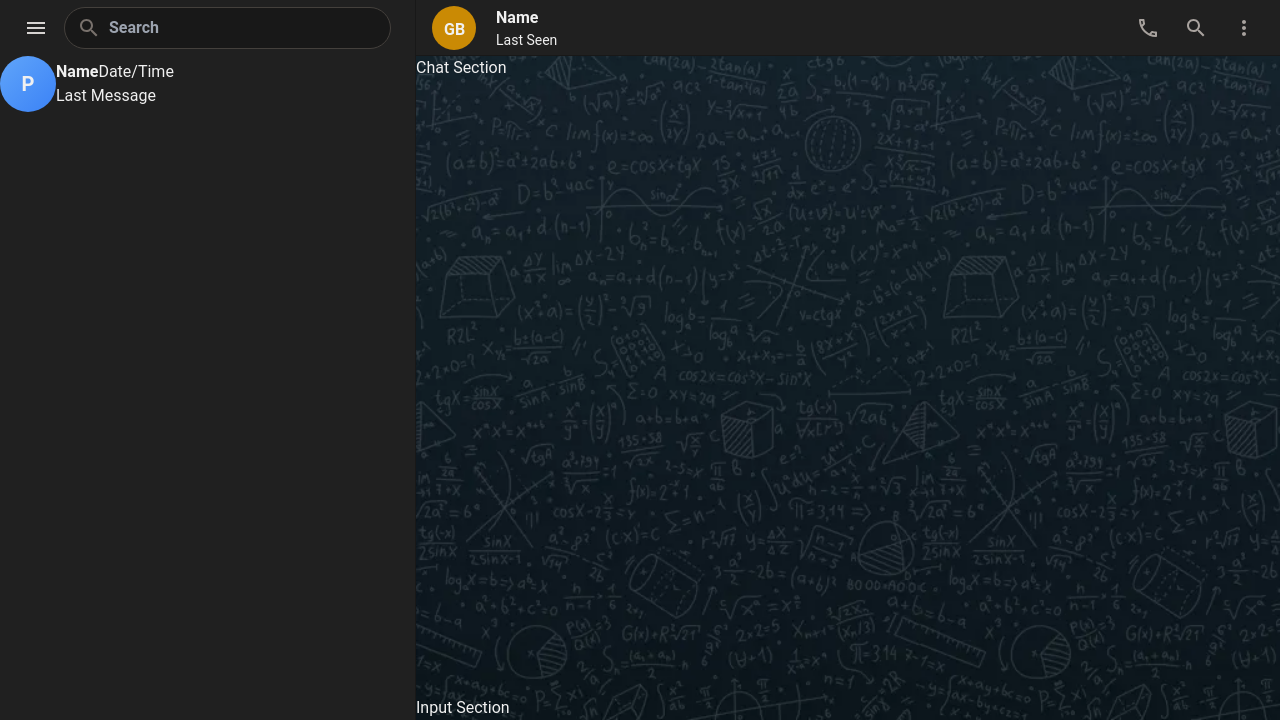
Repository: Qu4ntumGuy/telegram-clone
Page: /
These files come from the project's save history. The page is drawn as it stood at one moment and after the next save; the edit follows.
The browser window is 1280 px wide. The pictures show the whole page.
The page's requests for data from a server got no answer. The project was rebuilt for these pictures with package versions that can differ from the ones it lists, and the page was loaded fresh each time. No one was signed in, and anything a server would have sent is missing. Also part of the build but not shown: src/Pages/ChatPage.js/ChatPage.js.

Above is the page before, as saved 2024-07-15 13:53:04.

### src/index.css
@tailwind base;
@tailwind components;
@tailwind utilities;

:root {
  font-family: "Roboto", sans-serif;
  color-scheme: light;
  body {
    @apply bg-[#181818] text-[#f0f0f0];
  }
}
/*
:root {
  @apply bg-[#181818];
} */

### src/App.js
import { Routes, BrowserRouter, Route } from "react-router-dom";
import Sidebar from "./Components/Sidebar";
import Home from "./Pages/Home/Home";
import ChatPage from "./Pages/ChatPage.js/ChatPage";

function App() {
  return (
    <div className="flex max-w-[105rem] mx-auto">
      <Sidebar />
      <BrowserRouter>
        <Routes>
          <Route path="/" element={<Home />} />
          <Route path="/k/:id" element={<ChatPage />} />
        </Routes>
      </BrowserRouter>
      {/* <Home /> */}
    </div>
  );
}

export default App;

### src/Components/Sidebar.js
import React, { useEffect, useRef, useState } from "react";
import MenuIcon from "@mui/icons-material/Menu";
import SearchIcon from "@mui/icons-material/Search";
import axios from "axios";
import Chat from "./Chat";

function Sidebar() {
  const [page, setPage] = useState(1);
  const [channels, setChannels] = useState([]);
  const fetchChannels = async () => {
    try {
      const res = await axios.get(
        `https://devapi.beyondchats.com/api/get_all_chats?page=${page}`,
        {
          headers: {
            Accept: "application/json",
          },
        }
      );
      //   console.log(res);
      setChannels(res.data.data.data);
      console.log(res.data.data.data);
    } catch (error) {
      console.log(error);
    }
  };

  function formatString(str) {
    str = str.trim();
    const words = str.split(/\s+/);
    if (words.length === 1) {
      return words[0].charAt(0).toUpperCase();
    } else if (words.length === 2) {
      return (
        words[0].charAt(0).toUpperCase() + words[1].charAt(0).toUpperCase()
      );
    } else {
      return (
        words[0].charAt(0).toUpperCase() +
        words[words.length - 1].charAt(0).toUpperCase()
      );
    }
  }

  useEffect(() => {
    fetchChannels();
  }, []);

  const ref = useRef();
  return (
    <div className="w-full md:max-w-[26rem] bg-[#202020] border-r border-[#181818] h-screen">
      <div className="flex items-center justify-start px-4 h-14 w-full">
        <div className="px-2 text-stone-300">
          <MenuIcon />
        </div>

        <div className="flex items-center justify-start border text-stone-500 w-full px-3 mx-2 border-stone-700 rounded-full p-2 bg-[#181818]">
          <div className="w-auto">
            <SearchIcon />
          </div>
          <form className="w-full text-white font-semibold">
            <input
              className=" w-full bg-inherit pl-2 focus:outline-none"
              placeholder="Search"
            />
            <div className="w-full bg-inherit pl-2"></div>
          </form>
        </div>
      </div>
      <div className=" overflow-y-auto">
        <Chat />
      </div>
    </div>
  );
}

export default Sidebar;

### src/Pages/Home/Home.js
import React from "react";
import backgroundImage from "../../Assets/Desktop.webp";
import Topbar from "../../Components/Topbar";

function Home() {
  const image =
    "https://blog.1a23.com/wp-content/uploads/sites/2/2020/02/pattern_02-150x150.png";

  //   const divStyle = {
  //     width: "100%",
  //     height: "100vh", // Adjust the height as needed
  //     backgroundImage: `url(${backgroundImage})`,
  //     backgroundSize: "cover", // Ensures the image covers the entire div
  //     backgroundPosition: "center", // Centers the image
  //   };
  return (
    <div
      className="md:flex flex-col justify-center bg-cover h-screen hidden md:w-full "
      style={{ backgroundImage: `url(${backgroundImage})` }}
    >
      <div className="top-0 mb-auto h-14 bg-[#202020] border-b border-[#181818]">
        <Topbar />
      </div>
      <div className="flex flex-col h-full">
        <div className="top-0">Chat Section</div>
        <div className="bottom-0 mt-auto">Input Section</div>
      </div>
    </div>
  );
}

export default Home;

### src/Components/Chat.js
import React from "react";

function Chat({ name, profile }) {
  return (
    <div className="flex w-full items-center hover:bg-stone-700 hover:bg-opacity-30 rounded-lg">
      <div className="flex justify-center items-center text-xl font-semibold bg-gradient-to-br from-blue-400 rounded-full w-14 h-14 to-blue-500">
        P
      </div>
      <div className="flex flex-col w-[80%]">
        <div className="flex">
          <div className="font-semibold">Name</div>
          <div>Date/Time</div>
        </div>
        <div>Last Message</div>
      </div>
    </div>
  );
}

export default Chat;

### src/Components/Topbar.js
import React from "react";
import CallOutlinedIcon from "@mui/icons-material/CallOutlined";
import SearchIcon from "@mui/icons-material/Search";
import MoreVertIcon from "@mui/icons-material/MoreVert";

function Topbar() {
  return (
    <div className="flex px-4 h-14">
      <div className="flex-1 flex items-center">
        <div className="bg-yellow-600 p-3 rounded-full h-11 w-11 text-center align-middle font-bold">
          <div className="text-center align-middle">GB</div>
        </div>
        <div className="flex flex-col pl-5 w-full">
          <div className="font-semibold">Name</div>
          <div className="text-sm"> Last Seen</div>
        </div>
      </div>
      <div className="flex items-center space-x-2 font-bold pl-3 text-stone-400">
        <div className=" rounded-full cursor-pointer hover:bg-stone-700 hover:bg-opacity-30 p-2">
          <CallOutlinedIcon />
        </div>
        <div className=" rounded-full cursor-pointer hover:bg-stone-700 hover:bg-opacity-30 p-2">
          <SearchIcon />
        </div>
        <div className=" rounded-full cursor-pointer hover:bg-stone-700 hover:bg-opacity-30 p-2">
          <MoreVertIcon />
        </div>
      </div>
    </div>
  );
}

export default Topbar;

Loaded but not shown: public/index.html (common file); src/index.js (common file); src/reportWebVitals.js (common file); tailwind.config.js (common file)

After the next save:
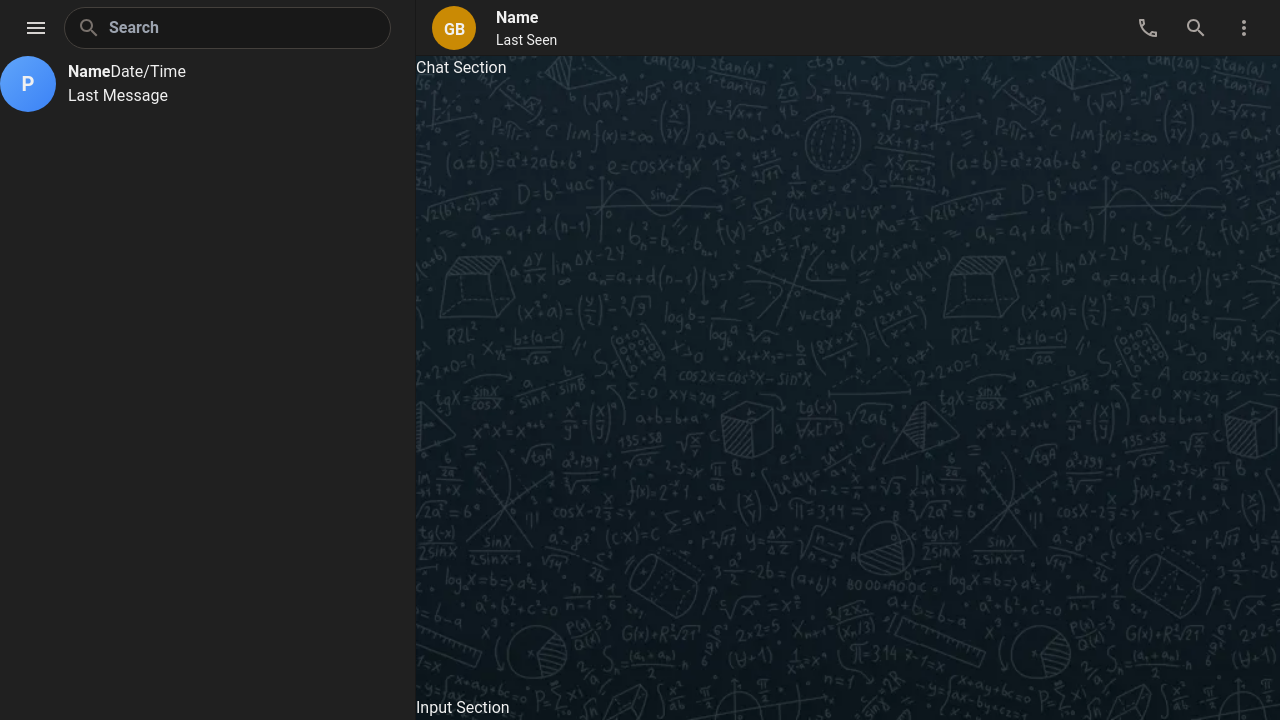
Saved 9 s later.
--- a/src/Components/Chat.js
+++ b/src/Components/Chat.js
@@ -6,7 +6,7 @@ function Chat({ name, profile }) {
       <div className="flex justify-center items-center text-xl font-semibold bg-gradient-to-br from-blue-400 rounded-full w-14 h-14 to-blue-500">
         P
       </div>
-      <div className="flex flex-col w-[80%]">
+      <div className="flex flex-col ml-3 w-[80%]">
         <div className="flex">
           <div className="font-semibold">Name</div>
           <div>Date/Time</div>
